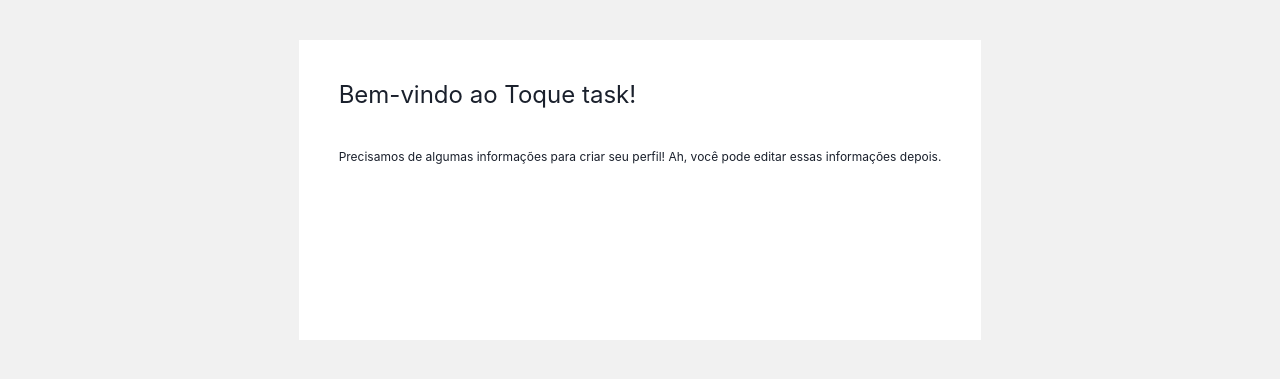
Repository: jorgelucasjs/chakra-ui-doc
Page: /
An editor plug-in stored every save of this project. The page is shown before and after a run of saves, followed by the edit.
The browser window is 1280 px wide. The pictures show the whole page.
The project was rebuilt for these pictures with package versions that can differ from the ones it lists, and the page was loaded fresh each time.

Above is the page before, as saved 2023-01-06 14:08:24.

After the next 2 saves:
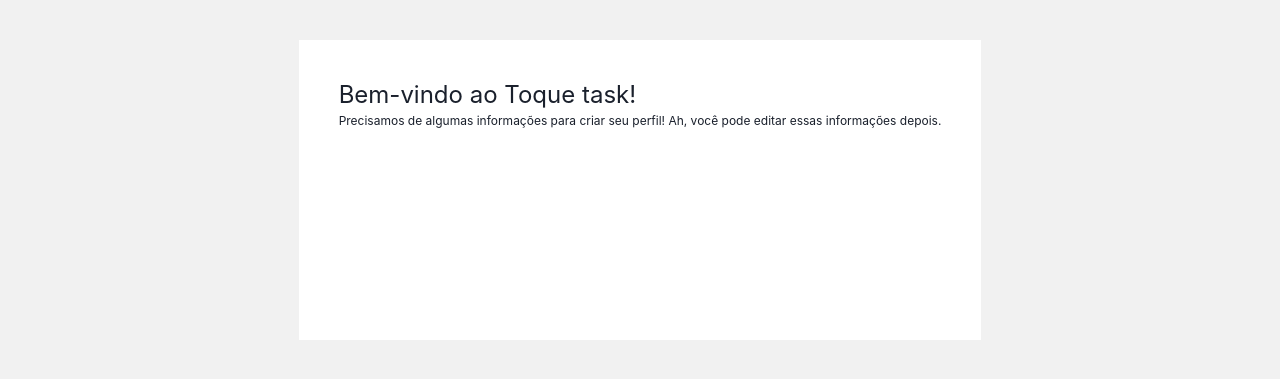
The 2 saves are shown as one change because they came seconds apart.
The last was saved 8 s later.
--- a/src/pages/index.tsx
+++ b/src/pages/index.tsx
@@ -7,7 +7,7 @@
 	return (
 		<Flex justify={'center'} bg={'#F1F1F1'} height='100vh'>
 			<Box bg='#fff' p={10} m={10} h={300}>
-				<Text fontSize='2xl' mb={10}>Bem-vindo ao Toque task!</Text>
+				<Text fontSize='2xl' mb={1}>Bem-vindo ao Toque task!</Text>
 				<Text fontSize='xs'>Precisamos de algumas informações para criar seu perfil! Ah,
 					você pode editar essas informações depois.</Text>
 			</Box>
